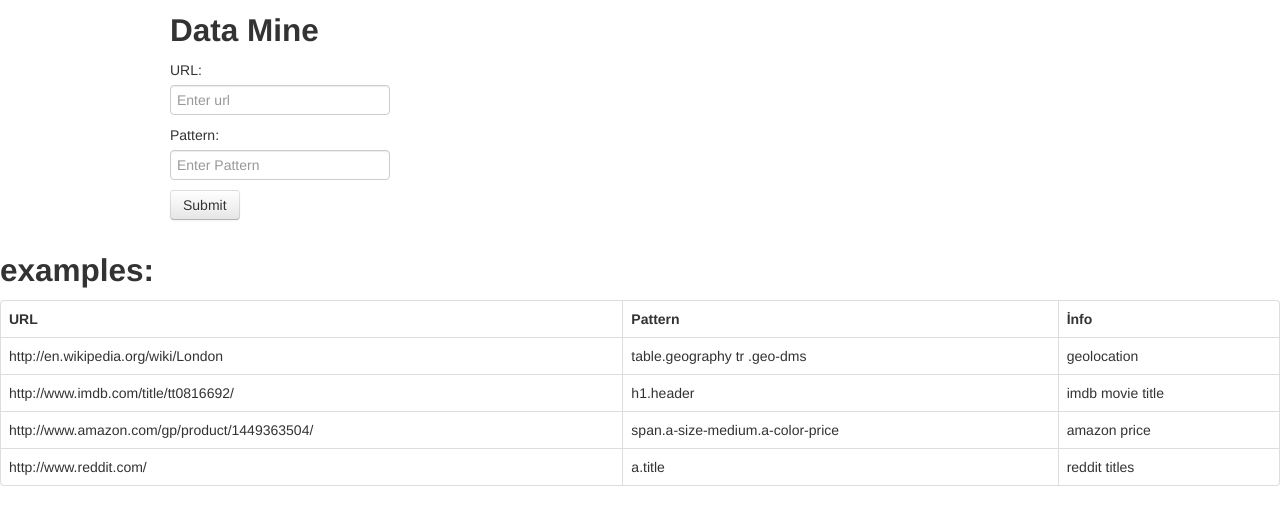
Repository: nerginer/datamine
Page: client/index.html
The author's editor kept a record of every edit. The page is drawn from the files as they stood at one moment, then again after the next edit.
The browser window is 1280 px wide. The pictures show the whole page.

Above is the page before.

### client/index.html
<!DOCTYPE html>
<html>
<head>
<meta charset="utf-8" />
<title>Data Mine</title>
<link rel="stylesheet" type="text/css" href="css/bootstrap.min.css">
</head>
<body>


<div class="container">
      <h2>Data Mine</h2>
       <form action="/" method="post">
        <div class="form-group">
          <label for="text">URL:</label>
          <input type="text" class="form-control" name="URL" placeholder="Enter url">
        </div>
        <div class="form-group">
          <label for="text">Pattern:</label>
          <input type="text" class="form-control" name="Pattern" placeholder="Enter Pattern">
        </div>

        <button type="submit" class="btn btn-default">Submit</button>
      </form>
</div>




            <h2>examples:</h2>








<table class="table table-bordered">
  <tr>
    <th>URL</th>
    <th>Pattern</th>
    <th>İnfo</th>
  </tr>
  <tr>
    <td>http://en.wikipedia.org/wiki/London</td>
    <td>table.geography tr .geo-dms</td>
    <td>geolocation</td>
  </tr>
  <tr>
    <td>http://www.imdb.com/title/tt0816692/</td>
    <td>h1.header</td>
    <td>imdb movie title</td>
  </tr>
  <tr>
    <td>http://www.amazon.com/gp/product/1449363504/</td>
    <td>span.a-size-medium.a-color-price</td>
    <td>amazon price</td>
  </tr>
  <tr>
    <td>http://www.reddit.com/</td>
    <td>a.title</td>
    <td>reddit titles</td>
  </tr>
</table>





</body>
</html>

Loaded but not shown: client/css/bootstrap.min.css (library)

After the next edit:
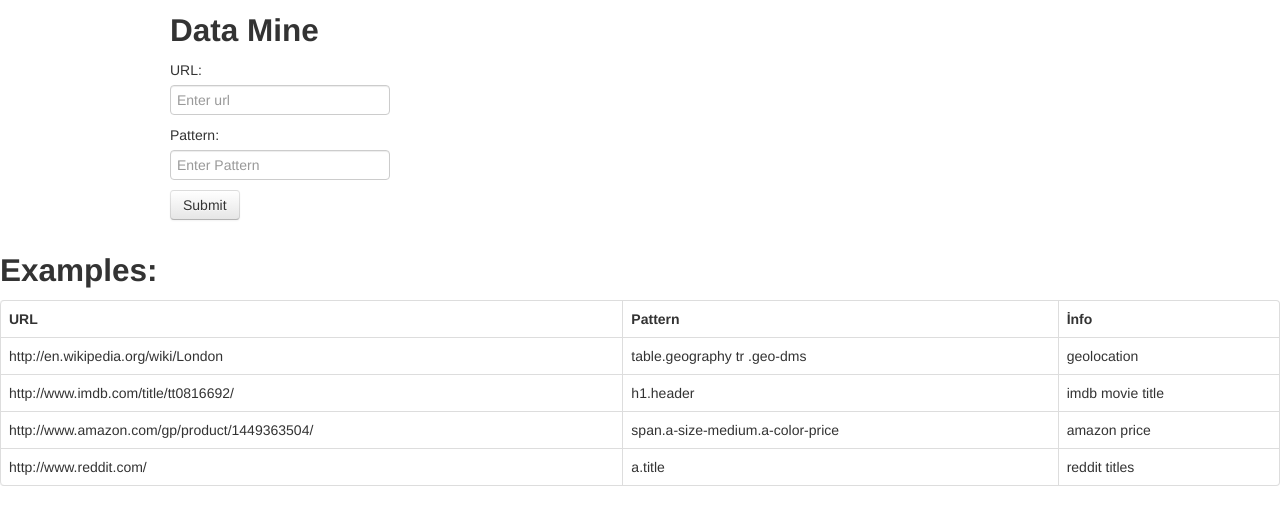
The edit:
--- a/client/index.html
+++ b/client/index.html
@@ -27,7 +27,7 @@
 
 
 
-            <h2>examples:</h2>
+            <h2>Examples:</h2>
 
 
 
